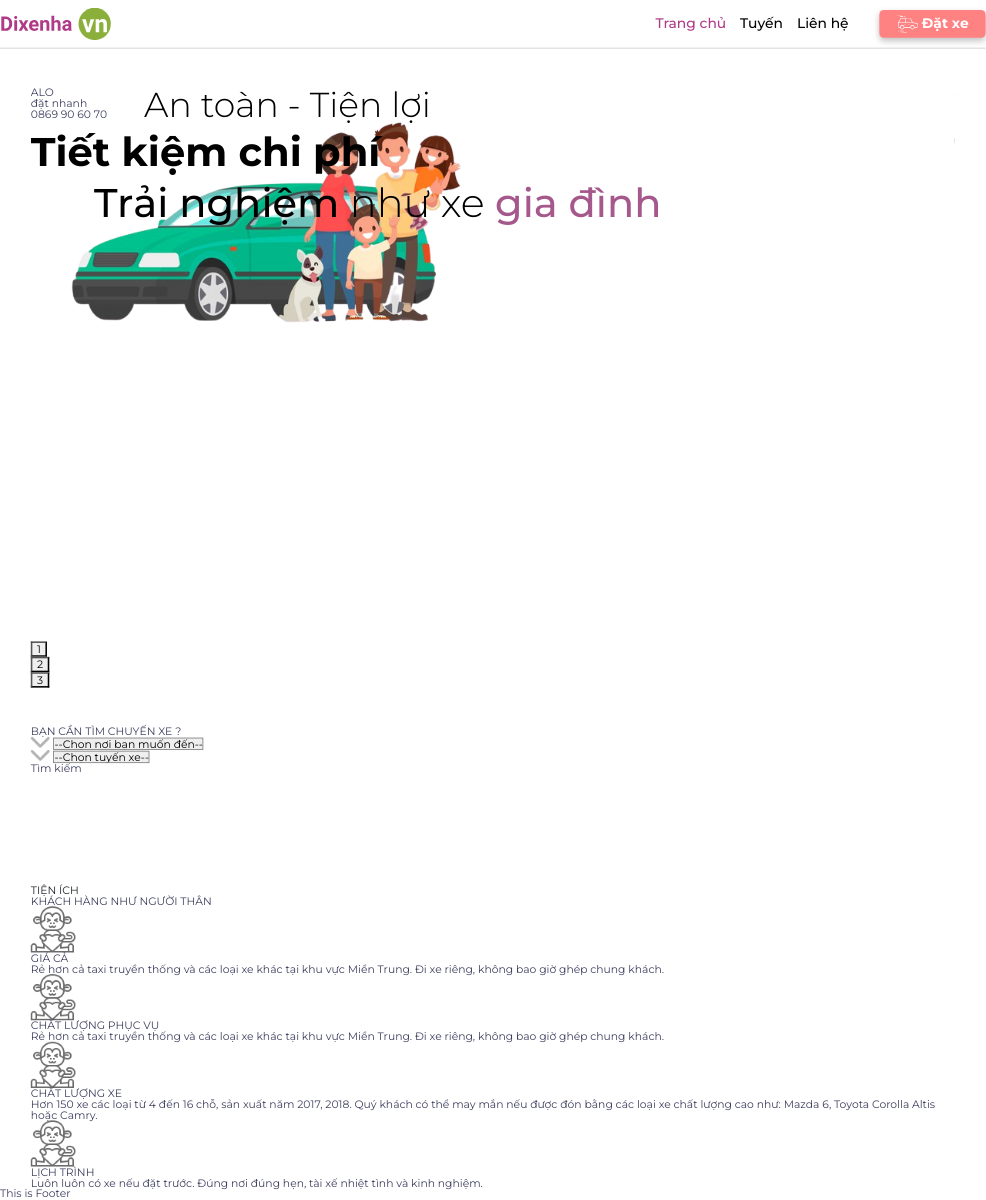
Repository: thanhthien0706/last_project--fe004
Page: lastProductF004/dist/index.html
These files come from the project's save history. The page is drawn as it stood at one moment and after the next save; the edit follows.
The browser window is 1280 px wide. The pictures show the whole page, at 77% of full size.
Some web libraries are served in a nearby version. The style sheet was rebuilt from its Sass, Less or Tailwind sources for each picture, by a compiler version that may differ from the author's.

Above is the page before, as saved 2021-09-16 19:37:48.

### lastProductF004/dist/index.html
<html lang="vi">

<head>
  <!-- include head.html -->
  <title>Trang web cho thuê xe Đà Nẵng - Hội An</title>
<meta name="viewport" content="width=device-width, initial-scale=1, shrink-to-fit=no">
<meta http-equiv="Content-type" content="text/html;charset=UTF-8">

<!-- favicon -->
<link href="/images/favicon.ico" type="image/x-icon" rel="icon">
<!-- meta social -->
<meta name="twitter:card" content="" />
<meta name="twitter:site" content="" />
<meta name="twitter:creator" content="" />
<meta property="og:description" content="" />
<meta property="og:image" content="" />
<meta property="og:site_name" content="">
<meta property="og:title" content="" />
<meta property="og:type" content="">
<meta property="og:url" content="" />
<link rel="apple-touch-icon" sizes="180x180" href="/images/favicon/apple-touch-icon.png">
<link rel="icon" type="image/png" sizes="32x32" href="/images/favicon/favicon-32x32.png">
<link rel="icon" type="image/png" sizes="16x16" href="/images/favicon/favicon-16x16.png">

<link rel="manifest" href="/manifest.json">

<meta name="mobile-web-app-capable" content="yes">
<meta name="apple-mobile-web-app-capable" content="yes">
<meta name="application-name" content="Short name web app">
<meta name="apple-mobile-web-app-title" content="Short name web app">
<meta name="theme-color" content="#00a849">
<meta name="msapplication-navbutton-color" content="#00a849">
<meta name="apple-mobile-web-app-status-bar-style" content="black-translucent">
<meta name="msapplication-starturl" content="/">


  <!-- include styles.html -->
  <link href="https://fonts.googleapis.com/css?family=Roboto|Roboto+Condensed|Roboto+Mono|Roboto+Slab&display=swap"
    rel="stylesheet">
<link href="https://fonts.googleapis.com/icon?family=Material+Icons" rel="stylesheet">


<!-- boostrap -->
<link rel="stylesheet" href="https://stackpath.bootstrapcdn.com/bootstrap/4.4.1/css/bootstrap.min.css"
    integrity="sha384-Vkoo8x4CGsO3+Hhxv8T/Q5PaXtkKtu6ug5TOeNV6gBiFeWPGFN9MuhOf23Q9Ifjh" crossorigin="anonymous">
<link rel="stylesheet" href="https://use.fontawesome.com/releases/v5.8.2/css/all.css"
    integrity="sha384-oS3vJWv+0UjzBfQzYUhtDYW+Pj2yciDJxpsK1OYPAYjqT085Qq/1cq5FLXAZQ7Ay" crossorigin="anonymous">

<link rel="stylesheet" href="https://unpkg.com/swiper/swiper-bundle.css">
<link rel="stylesheet" href="https://unpkg.com/swiper/swiper-bundle.min.css">

<link href="https://unpkg.com/aos@2.3.1/dist/aos.css" rel="stylesheet">

<!-- build:css(.tmp) style/style.min.css -->
<!-- <link rel="stylesheet" type="text/css" media="screen" href="styles/main.scss"/> -->
<link rel="stylesheet" type="text/css" media="screen" href="css/main.css" />
<!-- endbuild -->
</head>

<body class="wrapper">
  <header class="main_header">
  <div class="container_edit">
    <div class="box_main_content">
      <div class="box_logo">
        <img src="../../images/logo.svg" alt="logo" class="img_logo">
      </div>
      <div class="box_main_menu">
        <ul class="lista_menu">
          <li class="item_list">
              <a href="#" class="active">Trang chủ</a>
          </li>
          <li class="item_list">
              <a href="#">Tuyến</a>
          </li>
          <li class="item_list">
              <a href="#">Liên hệ</a>
          </li>
        </ul>
        <a href="#" class="btn_dat_xe">
          <img src="images/icon/ic_car-1.svg" alt="">
          <span class="text">Đặt xe</span>
        </a>
      </div>
    </div>
  </div>

</header>

  <section>

    <section class="section_01">
      <div class="container_new_edit">
        <div class="box_main_slide">
          <!-- slide 1 -->
          <div class="box_content_slide">

            <div class="box_slogan">
              <p class="slogan_1">An toàn - Tiện lợi</p>
              <p class="slogan_2">Tiết kiệm chi phí</p>
              <p class="slogan_3"><span class="sp_slogan_1">Trải nghiệm</span> như xe <span class="sp_slogan_2">gia đình</span></p>
            </div>

            <div class="box_contact">
              <div class="box_icon">
                <div class="shape_1"></div>
                <div class="shape_2"></div>
                <p class="icon">ALO</p>
              </div>
              <div class="box_text">
                <p>đặt nhanh</p>
                <p class="sdt">
                  0869 90 60 70
                </p>
              </div>
            </div>

            <div class="box_img">
              <img src="images/bg/bg_image-1.png" alt="">
            </div>

          </div>

          <!-- slide 2 -->
          <div class="box_content_slide">

            <div class="box_slogan">
              <p class="slogan_1">An toàn - Tiện lợi</p>
              <p class="slogan_2">Tiết kiệm chi phí</p>
              <p class="slogan_3"><span class="sp_slogan_1">Trải nghiệm</span> như xe <span class="sp_slogan_2">gia đình</span></p>
            </div>

            <div class="box_contact">
              <div class="box_icon">
                <div class="shape_1"></div>
                <div class="shape_2"></div>
                <p class="icon">ALO</p>
              </div>
              <div class="box_text">
                <p>đặt nhanh</p>
                <p class="sdt">
                  0869 90 60 70
                </p>
              </div>
            </div>

            <div class="box_img">
              <img src="images/bg/bg_image-1.png" alt="">
            </div>

          </div>

          <!-- slide 3 -->
          <div class="box_content_slide">

            <div class="box_slogan">
              <p class="slogan_1">An toàn - Tiện lợi</p>
              <p class="slogan_2">Tiết kiệm chi phí</p>
              <p class="slogan_3"><span class="sp_slogan_1">Trải nghiệm</span> như xe <span class="sp_slogan_2">gia đình</span></p>
            </div>

            <div class="box_contact">
              <div class="box_icon">
                <div class="shape_1"></div>
                <div class="shape_2"></div>
                <p class="icon">ALO</p>
              </div>
              <div class="box_text">
                <p>đặt nhanh</p>
                <p class="sdt">
                  0869 90 60 70
                </p>
              </div>
            </div>

            <div class="box_img">
              <img src="images/bg/bg_image-1.png" alt="">
            </div>

          </div>

        </div>
      </div>
    </section>
    <section class="section_02">
      <div class="container_new_edit">
        <div class="row_edit">
          <div class="box_left">
            <p>BẠN CẦN TÌM CHUYẾN XE ?</p>
            <section class="section_list_sec">

              <div class="box_main--sec">
                <span class="arrow">
                  <img src="images/icon/ic_arrow--down.png" alt="">
                </span>
                <select name="" id="" class="select_main">
                  <option value="1">--Chọn nơi bạn muốn đến--</option>
                  <option value="1">Đà nẵng</option>
                  <option value="1">Nha Trang</option>
                  <option value="1">Huế</option>
                </select>
              </div>

              <div class="box_main--sec">
                <span class="arrow">
                  <img src="images/icon/ic_arrow--down.png" alt="">
                </span>
                <select name="" id="" class="select_main">
                  <option value="1">--Chọn tuyến xe--</option>
                  <option value="1">Tuyến 1</option>
                  <option value="1">Tuyến 2</option>
                  <option value="1">Tuyến 3</option>
                </select>
              </div>

              <a href="#" class="btn_search">Tìm kiếm</a>
            </section>
          </div>
          <div class="box_right">
            <img src="images/bg/bg_img-2.svg" alt="">
          </div>
        </div>
      </div>
    </section>
    <section class="section_03">
      <div class="container_new_edit">
        <div class="box_header">
          <span>TIỆN ÍCH</span>
          <h2>KHÁCH HÀNG NHƯ NGƯỜI THÂN</h2>
        </div>
        <div class="box_tien-ich_main">
          <div class="box_grid">
            <div class="item_grid">
              <div class="box_conten">
                <div class="box_logo">
                  <img src="images/icon/ic_monkey.png" alt="">
                </div>
                <div class="box_text--main">
                  <h2>GIÁ CẢ</h2>
                  <p>
                    Rẻ hơn cả taxi truyền thống và các loại xe khác tại khu vực Miền Trung.
                    Đi xe riêng, không bao giờ ghép chung khách.
                  </p>
                </div>
              </div>
            </div>
            <div class="item_grid">
              <div class="box_conten">
                <div class="box_logo">
                  <img src="images/icon/ic_monkey.png" alt="">
                </div>
                <div class="box_text--main">
                  <h2>CHẤT LƯỢNG PHỤC VỤ</h2>
                  <p>
                    Rẻ hơn cả taxi truyền thống và các loại xe khác tại khu vực Miền Trung.
                    Đi xe riêng, không bao giờ ghép chung khách.
                  </p>
                </div>
              </div>
            </div>
            <div class="item_grid">
              <div class="box_conten">
                <div class="box_logo">
                  <img src="images/icon/ic_monkey.png" alt="">
                </div>
                <div class="box_text--main">
                  <h2>CHẤT LƯỢNG XE</h2>
                  <p>
                    Hơn 150 xe các loại từ 4 đến 16 chỗ, sản xuất năm 2017, 2018.
                    Quý khách có thể may mắn nếu được đón bằng các loại xe chất lượng cao
                    như: Mazda 6, Toyota Corolla Altis hoặc Camry.
                  </p>
                </div>
              </div>
            </div>
            <div class="item_grid">
              <div class="box_conten">
                <div class="box_logo">
                  <img src="images/icon/ic_monkey.png" alt="">
                </div>
                <div class="box_text--main">
                  <h2>LỊCH TRÌNH</h2>
                  <p>
                    Luôn luôn có xe nếu đặt trước.
                    Đúng nơi đúng hẹn, tài xế nhiệt tình và kinh nghiệm.
                  </p>
                </div>
              </div>
            </div>
          </div>
        </div>
      </div>
    </section>

  </section>
  <footer class="main_footer">
        <h1>This is Footer</h1>
</footer>

  <!-- include scripts.html -->
  <!-- boostrap -->
<script src="https://ajax.googleapis.com/ajax/libs/jquery/3.4.1/jquery.min.js"></script>
<!-- <script src="https://code.jquery.com/jquery-3.3.1.slim.min.js"
        integrity="sha384-q8i/X+965DzO0rT7abK41JStQIAqVgRVzpbzo5smXKp4YfRvH+8abtTE1Pi6jizo"
        crossorigin="anonymous"></script> -->
<script src="https://cdnjs.cloudflare.com/ajax/libs/popper.js/1.14.7/umd/popper.min.js"
        integrity="sha384-UO2eT0CpHqdSJQ6hJty5KVphtPhzWj9WO1clHTMGa3JDZwrnQq4sF86dIHNDz0W1"
        crossorigin="anonymous"></script>
<script src="https://stackpath.bootstrapcdn.com/bootstrap/4.3.1/js/bootstrap.min.js"
        integrity="sha384-JjSmVgyd0p3pXB1rRibZUAYoIIy6OrQ6VrjIEaFf/nJGzIxFDsf4x0xIM+B07jRM"
        crossorigin="anonymous"></script>



<!-- build:js script/script.min.js -->
<script type="text/javascript" src="js/slick.js"></script>
<script type="text/javascript" src="js/script.js"></script>
<!-- endbuild -->

<script src="https://unpkg.com/aos@2.3.1/dist/aos.js"></script>
</body>

</html>

### lastProductF004/src/styles/main.scss
// ----------------------------------------------------------------------
// Font
// ----------------------------------------------------------------------
@import url('https://fonts.googleapis.com/css?family=Roboto:300,400,500,700,900&subset=vietnamese');
@import url('https://cdnjs.cloudflare.com/ajax/libs/font-awesome/5.15.1/css/all.min.css');
// ----------------------------------------------------------------------
// Base
// ----------------------------------------------------------------------
@import "base/reset";
@import "base/fonts";
@import "base/base";

// ----------------------------------------------------------------------
// Layout
// ----------------------------------------------------------------------
@import "layout/slick";
@import "layout/global";
@import "layout/keyframes";
@import "layout/header";
@import "layout/footer";

// ----------------------------------------------------------------------
// Pages
// ----------------------------------------------------------------------
@import "pages/homepage";

### lastProductF004/src/styles/base/_fonts.scss
@import url('https://fonts.googleapis.com/css2?family=Montserrat:wght@100;200;300;400;500;600;700;800;900&display=swap');
// font-family: 'Montserrat', sans-serif;

### lastProductF004/src/styles/layout/_global.scss
// =====================================================================
// COLOR
// =====================================================================

$col1: #f89612;

// =====================================================================
// KEYFRAME
// =====================================================================

$font-size: 16;

body {
    font-family: 'Montserrat', sans-serif;
    font-size: 14px;
}

.container_big {
    width: 100%;
    max-width: 1600px;
    max-width: 1366px;
    margin: 0 auto;
    @include tran_slow_03();

    @include maxWidth(1600px) {
        max-width: 1360px;
    }

    @include maxWidth(1366px) {
        max-width: 1200px;
    }

    @include maxWidth(1200px) {
        max-width: 1170px;
        max-width: 95%;

    }
}

.wrapper {
    position: relative;
}

.box_bcrum {
    margin-top: 20px;
    margin-bottom: 20px;

    ul {
        &::after {
            @include clear_fix();
        }

        li {
            margin-right: 10px;
            display: inline-flex;
            flex-direction: row;
            align-items: center;
            display: inline;
            line-height: 1.3;


            &.home {
                a {
                    &::before {
                        position: relative;
                        bottom: 0;
                        content: '';
                        height: 14px;
                        width: 14px;
                        display: inline-flex;
                        background-image: url('../images/icon/home.png');
                        background-color: transparent;
                        background-position: center;
                        background-repeat: no-repeat;
                        background-size: contain;
                    }
                }
            }

            &:last-child {
                margin-right: 0;
            }

            a {
                text-decoration: none;
                outline: none;
                position: relative;

                &::before {
                    position: relative;
                    bottom: 2px;
                    margin-right: 5px;
                    content: '';
                    height: 4px;
                    width: 4px;
                    display: inline-flex;
                    @include borderRadius(50%);
                    background-color: $col1;
                }
            }

            .txt_crumb {
                font-size: 14px;
                font-weight: normal;
                color: #000;

                &::before {
                    position: relative;
                    bottom: 2px;
                    margin-right: 5px;
                    content: '';
                    height: 4px;
                    width: 4px;
                    display: inline-flex;
                    @include borderRadius(50%);
                    background-color: $col1;
                }
            }
        }
    }
}

.main_footer {
    position: relative;

    .go_top {
        cursor: pointer;
        position: absolute;
        right: 3%;
        top: -100px;
        height: 80px;
        width: 80px;
        background-image: url('../images/icon/gotop.png');
        background-position: center;
        background-repeat: no-repeat;
        background-size: contain;
        z-index: 991;
        @include tran_slow_03();

        @include maxWidth(1024px) {
            right: 5px;
            height: 60px;
            width: 60px;
        }

        @include maxWidth(480px) {
            top: -40px;
            height: 40px;
            width: 40px;
        }
    }
}


.row_tour {
    display: flex;
    flex-direction: row;
    margin-left: -15px;
    margin-right: -15px;
    @include tran_slow_03();

    @include maxWidth(480px) {
        margin-left: 0;
        margin-right: 0;
    }

    .item_row {
        padding-right: 15px;
        padding-left: 15px;
        @include tran_slow_03();

        @include maxWidth(480px) {
            padding-right: 0;
            padding-left: 0;
        }
    }
}

@mixin transition_slow($times) {
    -webkit-transition: all $times ease-in-out 0s;
    -o-transition: all $times ease-in-out 0s;
    transition: all $times ease-in-out 0s;
}

@mixin  font_size($value) {
    font-size: $value/$font-size + rem;
}

### lastProductF004/src/styles/layout/_keyframes.scss
@include keyframes(faderighttoleft) {
    from {
        opacity: 0;
        right: -50px;
    }

    to {
        opacity: 1;
        right: 0;
    }
}

@include keyframes(face_text_slide) {
    from {
        opacity: 0;
        top: 20px;
    }

    to {
        opacity: 1;
        top: 0;
    }
}
@include keyframes(showcar_home) {
    from {
        opacity: 0;
        visibility: hidden;
        bottom: -10px;
    }

    to {
        opacity: 1;
        visibility: visible;
        bottom: 0;
    }
}

@include keyframes(showcar) {
    from {
        opacity: 0;
        visibility: hidden;
        bottom: -10px;
    }

    to {
        opacity: 1;
        visibility: visible;
        bottom: -24px;
    }
}

@include keyframes(xoayphone) {
    0% {
        @include xoay(-45deg);
    }

    50% {
        @include xoay(25deg);
    }

    100% {
        @include xoay(0deg);
    }
}

@include keyframes(onloadtabs) {
    from {
        opacity: 0;
        visibility: hidden;
        left: -10px;
    }

    to {
        opacity: 1;
        visibility: visible;
        left: 0;
    }
}

@include keyframes(showhomecar) {
    from {
        opacity: 0;
        visibility: hidden;
        min-height: 0;
        bottom: -20px;
    }

    to {
        opacity: 1;
        visibility: visible;
        min-height: 240px;
        bottom: 0;
    }
}

### lastProductF004/src/styles/layout/_header.scss
.container_edit{
    max-width: 1360px;
    width: 100%;
    margin: 0 auto;
}

.main_header{
    padding: 10px 0;
    background-color: #fff;
    border-bottom: 1px solid rgba(0, 0, 0, 0.22);
    .box_main_content{
        display: flex;
        flex-direction: row;
        justify-content: space-between;
        align-items: center;
        .box_logo{
            img{
                width: auto;
                height: 42px;
                object-fit: cover;
            }
        }
        .box_main_menu{
            display: flex;
            flex-direction: row;
            justify-self: center;
            align-items: center;
            .lista_menu{
                display: flex;
                flex-direction: row;
                justify-content: space-between;
                align-items: center;
                margin-right: 40px;
                .item_list{
                    margin-right:18px;
                    a{
                        font-size:18px;
                        color:#000;
                        font-weight: 500;
                        text-decoration: none;
                        transition: 0.5s;
                        &.active{
                            color:#AF3A87;
                        }
                        &:hover{
                            color:#AF3A87;
                        }
                    }
                    &:last-child{
                        margin-right:0;
                    }
                }
            }
            .btn_dat_xe{
                display: flex;
                flex-direction: row;
                justify-content: space-between;
                align-items: center;
                padding: 6px 22px;
                background-color: #FF8282;
                border-radius: 6px;
                text-decoration: none;
                filter: drop-shadow(0px 4px 4px rgba(0, 0, 0, 0.25));
                transition: 0.5s;
                &:hover{
                    opacity: 0.8;
                }
                img{
                    margin-right: 5px;
                }
                span{
                    font-size:18px;
                    color:#fff;
                    font-weight: bold;
                }
            }
        }
    }
}

### lastProductF004/src/styles/pages/_homepage.scss
html {
    scroll-behavior: smooth;
}

.container_new_edit{
    max-width: 1200px;
    width: 100%;
    margin: 0 auto;
}

.section_01{
    min-height:500px;
    padding: 50px 0;
    // width: 100%;
    .box_main_slide{
        .box_content_slide{
            position: relative;
            .box_slogan{
                position: absolute;
                .slogan_1{
                    @include font_size(45);
                    font-weight: 300;
                    color: #000;
                    margin-bottom: 14px;
                    margin-left: 147px;
                }
                .slogan_2{
                    @include font_size(52);
                    font-weight: bold;
                    color: #000;
                    margin-bottom: 14px;
                }
                .slogan_3{
                    @include font_size(52);
                    font-weight: 300;
                    color: #000;
                    margin-bottom: 14px;
                    margin-left: 82px;

                    .sp_slogan_1{
                        font-weight: 500;
                    }
                    .sp_slogan_2{
                        font-weight:500;
                        color: rgba(135, 32, 100, 0.75);
                    }
                }
            }
            .box_contact{
                position: absolute;
            }
        }
    }
}

Loaded but not shown: lastProductF004/dist/js/slick.js (library); lastProductF004/src/styles/base/_reset.scss (common file); lastProductF004/src/styles/layout/_slick.scss (common file); lastProductF004/dist/js/script.js (13 lines, source omitted); lastProductF004/src/styles/base/_base.scss (976 lines, source omitted); lastProductF004/src/styles/layout/_footer.scss (no stored copy; drawn as an empty file)

After the next save:
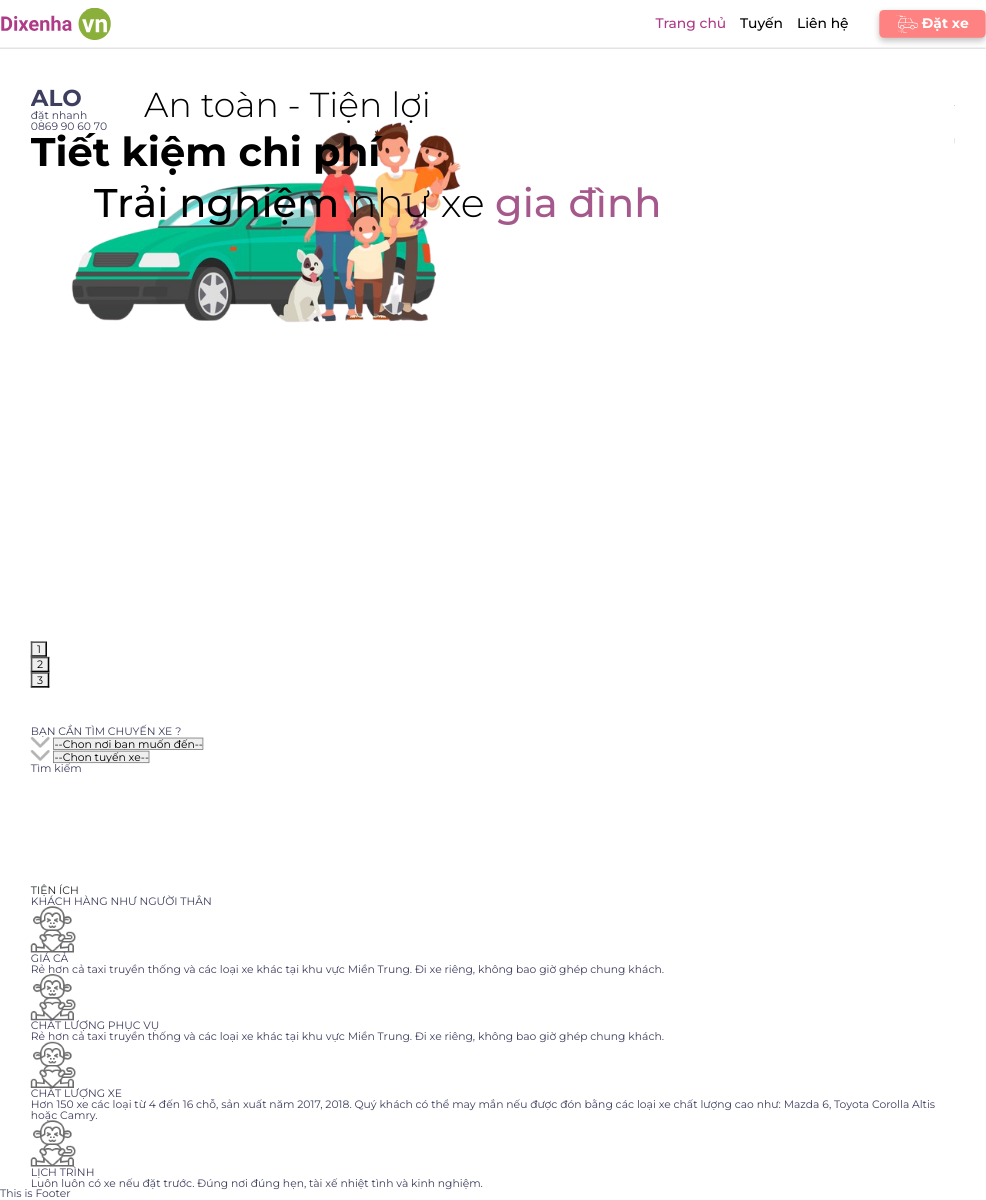
Saved 44 s later.
--- a/lastProductF004/src/styles/pages/_homepage.scss
+++ b/lastProductF004/src/styles/pages/_homepage.scss
@@ -48,6 +48,13 @@ html {
             }
             .box_contact{
                 position: absolute;
+                .box_icon{
+                    p{
+                        @include font_size(30);
+                        font-weight: bold;
+
+                    }
+                }
             }
         }
     }
